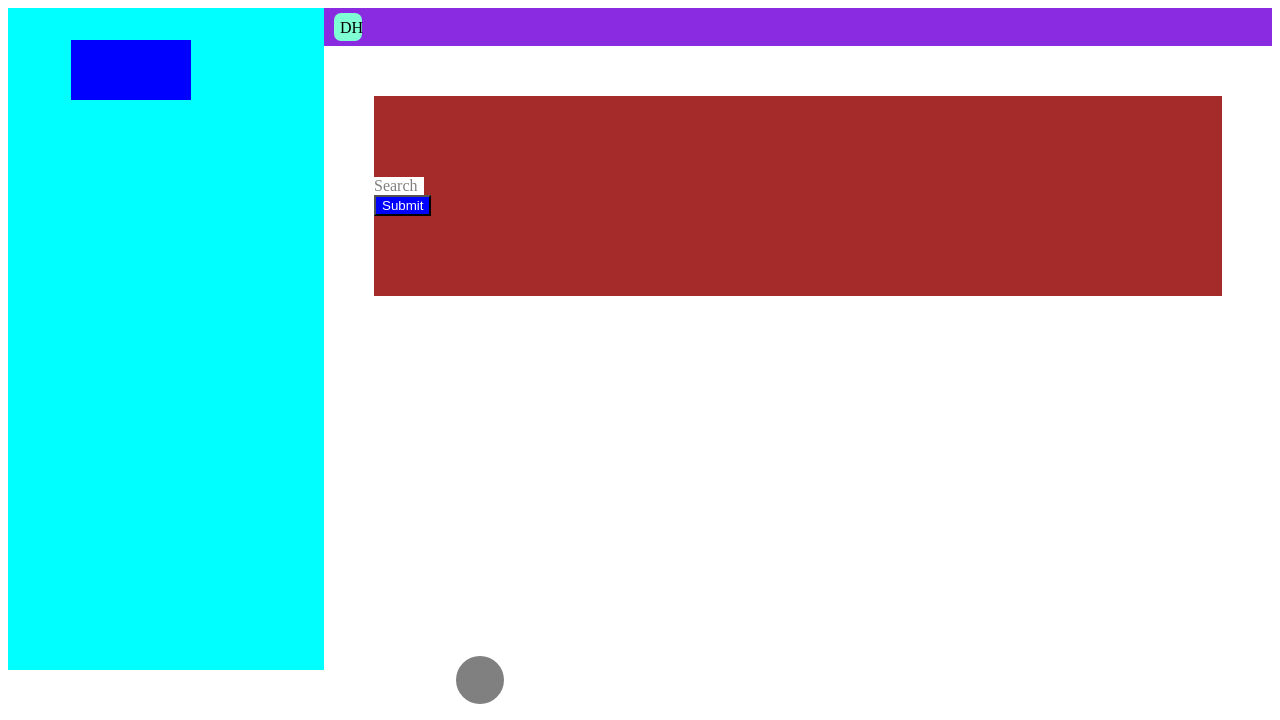
Repository: tr2cky/barrage
Page: index.html
These files come from the project's save history. The page is drawn as it stood at one moment and after a run of saves; the edit follows.
The browser window is 1280 px wide. The pictures show the whole page.

Above is the page before, as saved 2022-10-03 13:56:12.

After the next 8 saves:
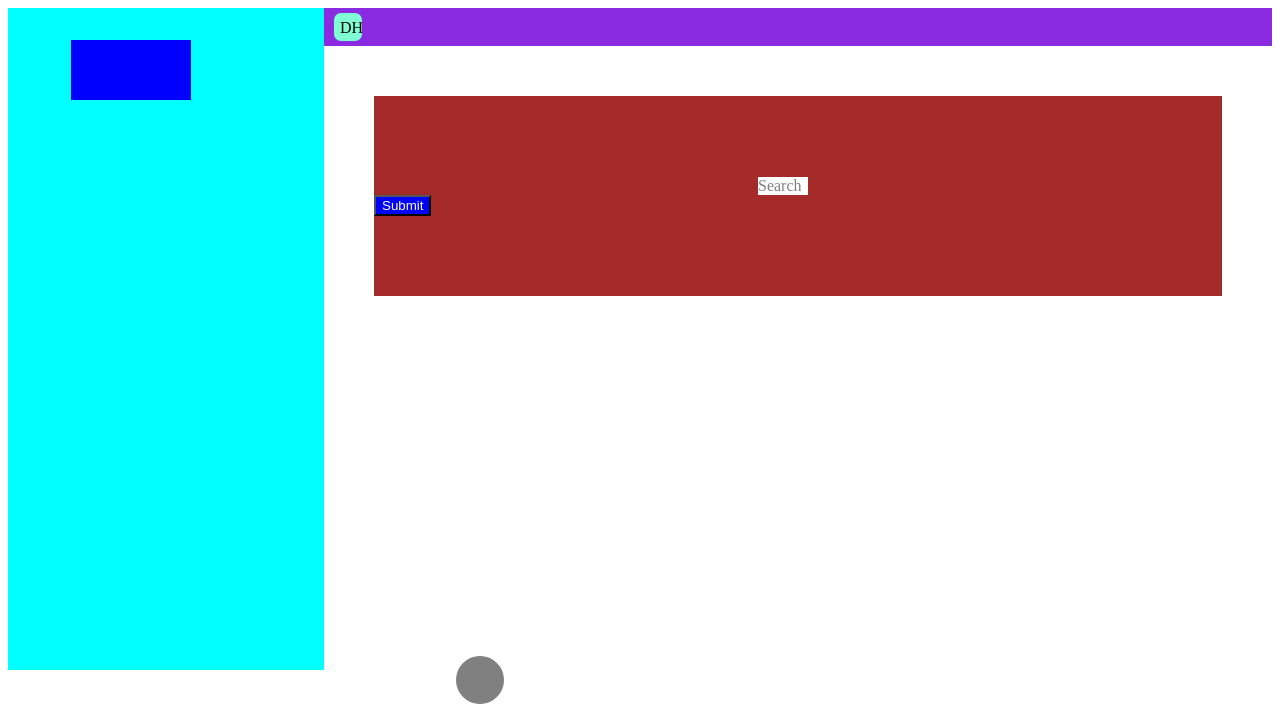
The 8 saves are shown as one change because they came seconds apart.
The last was saved 38 s later.
--- a/style.css
+++ b/style.css
@@ -41,6 +41,7 @@ main article {
     background-color: white;
     color: gray;
     width: 50px;
+    margin-left: 30vw;
 }
 button {
     background-color: blue;
